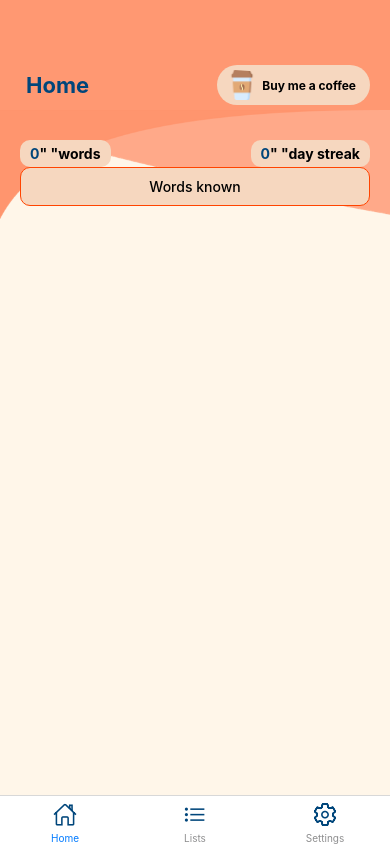
Repository: David-Waite/SpellingApp
Screen: /
An editor plug-in stored every save of this project. The screen is shown before and after the next save, followed by the edit.
The app was drawn by React Native's web renderer in a window 390 px wide. The project was rebuilt for these pictures with package versions that can differ from the ones it lists, and the page was loaded fresh each time. Also part of the build but not shown: screens/Settings.js, screens/SpellWord.js, screens/WordsLearnt.js, screens/WordListOverview.js, screens/WordLists.js, screens/Donate.js.

Above is the screen before, as saved 2023-06-22 22:24:34.

After the next save:
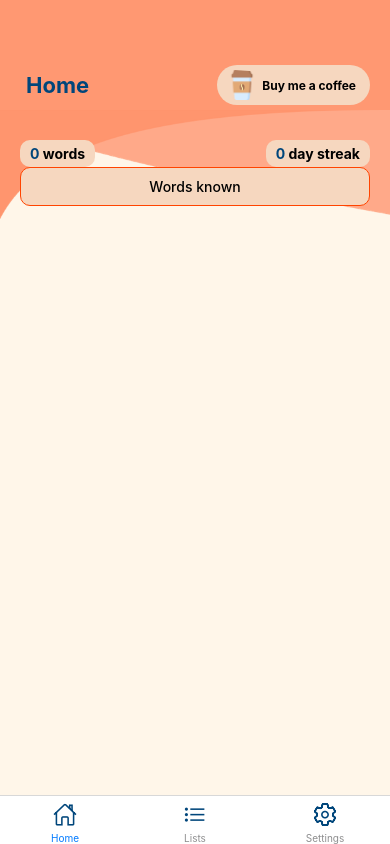
Saved 4 s later.
--- a/components/ui/Home/StatBtn.js
+++ b/components/ui/Home/StatBtn.js
@@ -7,7 +7,7 @@ function StatBtn({ stat, text }) {
     <View style={styles.container}>
       <Text style={styles.stat}>
         {stat}
-        <Text style={styles.text}>" "{text}</Text>
+        <Text style={styles.text}> {text}</Text>
       </Text>
     </View>
   );
